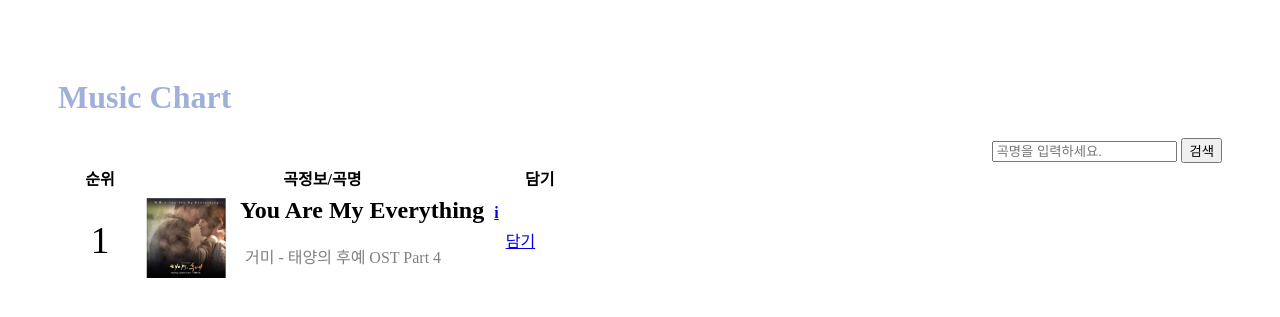
Repository: brotherdoor/shiba
Page: http://localhost/MusicPlay_templete_jin/list.do
These files come from the project's save history. The page is drawn as it stood at one moment and after the next save; the edit follows.
The browser window is 1280 px wide. The pictures show the whole page.
The page is served by Tomcat 9. Other server files are loaded and not shown.

Above is the page before, as saved 2017-02-22 03:07:28.

### jsp/MusicPlay_templete_jin/WebContent/list.jsp
<%@ page language="java" contentType="text/html; charset=UTF-8"
    pageEncoding="UTF-8"%>
<%@ taglib prefix="c" uri="http://java.sun.com/jsp/jstl/core" %>
<!DOCTYPE html>
<html>
<head>
<meta http-equiv="Content-Type" content="text/html; charset=UTF-8">
<title>노래목록</title>
<link href="resources/css/bootstrap.min.css" rel="stylesheet">
<link href="resources/css/style.css" rel="stylesheet">
<style type="text/css">
body {
	padding: 50px;
}
h1 {
	font-weight:bold;
	color : #A0B0DB;
}
.ranking {
	text-align: center;
	font-size: 28pt;
}

.spanTitle {
	font-size: 18pt;
	font-weight: bold;
	margin-right: 10px;
}

.pAlbum {
	color: gray;
	margin-left: 5px;
}

.imgAlbum {
	width: 80px;
	height: 80px;
	margin-right: 10px;
}

.btnPlay {
	margin-top:40%
}
</style>
</head>
<body>
	<div class="container-fluid">
		<div class="row">
			<div class="col-md-12">
				<h1>Music Chart</h1>
				<div align="right">
				<form action="list.do" method="post">
				<input type="text" name="musicName" placeholder="곡명을 입력하세요."> <input class="btn btn-xs btn-default" type="submit" value="검색">
				</form>
				</div>
				<table class="table table-hover table-condensed">
					<colgroup>
						<col width="80" align="center">
						<col width="*">
						<col width="70">
					</colgroup>
					<thead>
						<tr>
							<th>순위</th>
							<th>곡정보/곡명</th>
							<th>담기</th>
						</tr>
					</thead>
					<tbody>
                        <tr>
                            <td class="ranking">1</td>
                            <td>
                            <table>
                            <tr><td rowspan="2"><img class="imgAlbum" src="resources/img/album_1.JPG" ></td>
                            <td><span class="spanTitle">You Are My Everything</span><a class="btn btn-xs btn-default" href="detail.html"><b>i</b></a></td>
                            </tr>
                            <tr><td><p class="pAlbum">거미 - 태양의 후예 OST Part 4</p></td></tr>
                            </table>
                            <td><a class="btn btn-xs btn-info btnPlay" href="myList.html">담기</a></td>
                        </tr>
					</tbody>
				</table>
			</div>
		</div>
	</div>
</body>
</html>

### jsp/MusicPlay_templete_jin/src/controller/ListController.java
package controller;

import java.io.IOException;
import java.util.List;

import javax.security.auth.message.callback.PrivateKeyCallback.Request;
import javax.servlet.ServletException;
import javax.servlet.annotation.WebServlet;
import javax.servlet.http.HttpServlet;
import javax.servlet.http.HttpServletRequest;
import javax.servlet.http.HttpServletResponse;

import domain.Music;
import service.MusicService;
import service.logic.MusicServiceLogic;

@WebServlet("/list.do")
public class ListController extends HttpServlet {
	private static final long serialVersionUID = 1L;

	protected void doGet(HttpServletRequest request, HttpServletResponse response)
			throws ServletException, IOException {
		MusicService service = new MusicServiceLogic();
		List<Music> list = service.findAll();
		request.setAttribute("musicList", list);
		request.getRequestDispatcher("list.jsp").forward(request, response);
	}

	@Override
	protected void doPost(HttpServletRequest req, HttpServletResponse resp)
			throws ServletException, IOException {
		MusicService service = new MusicServiceLogic();
		List<Music> list = service.findByName(req.getParameter("musicName"));
		req.setAttribute("musicList", list);
		req.getRequestDispatcher("list.jsp").forward(req, resp);
	}
}

### jsp/MusicPlay_templete_jin/src/service/logic/MusicServiceLogic.java
package service.logic;

import java.util.List;

import domain.Music;
import service.MusicService;

public class MusicServiceLogic implements MusicService{

	@Override
	public Music find(int id) {
		// TODO Auto-generated method stub
		return null;
	}

	@Override
	public List<Music> findByName(String name) {
		// TODO Auto-generated method stub
		return null;
	}

	@Override
	public List<Music> findAll() {
		// TODO Auto-generated method stub
		return null;
	}

}

Loaded but not shown: jsp/MusicPlay_templete_jin/WebContent/resources/css/bootstrap.min.css (library); jsp/MusicPlay_templete_jin/WebContent/resources/css/style.css (common file)

After the next save:
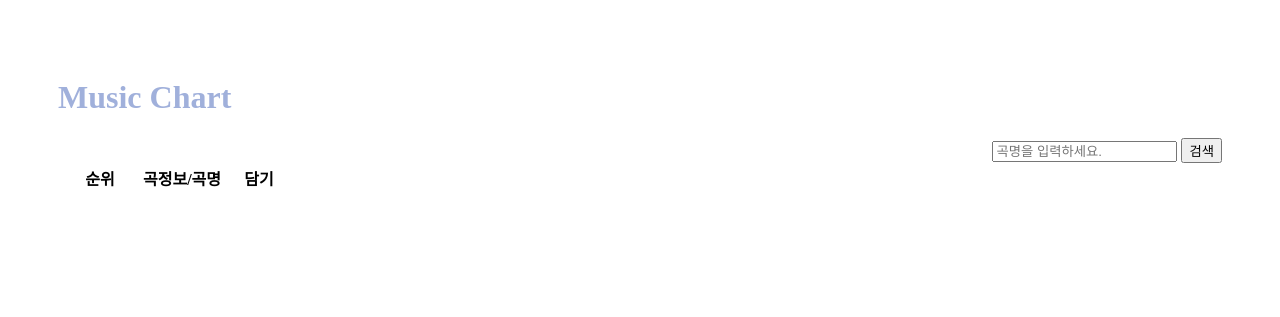
Saved 42 s later.
--- a/jsp/MusicPlay_templete_jin/WebContent/list.jsp
+++ b/jsp/MusicPlay_templete_jin/WebContent/list.jsp
@@ -67,6 +67,7 @@ h1 {
 						</tr>
 					</thead>
 					<tbody>
+					<c:forEach items="${musicList }">
                         <tr>
                             <td class="ranking">1</td>
                             <td>
@@ -78,6 +79,7 @@ h1 {
                             </table>
                             <td><a class="btn btn-xs btn-info btnPlay" href="myList.html">담기</a></td>
                         </tr>
+                        </c:forEach>
 					</tbody>
 				</table>
 			</div>
